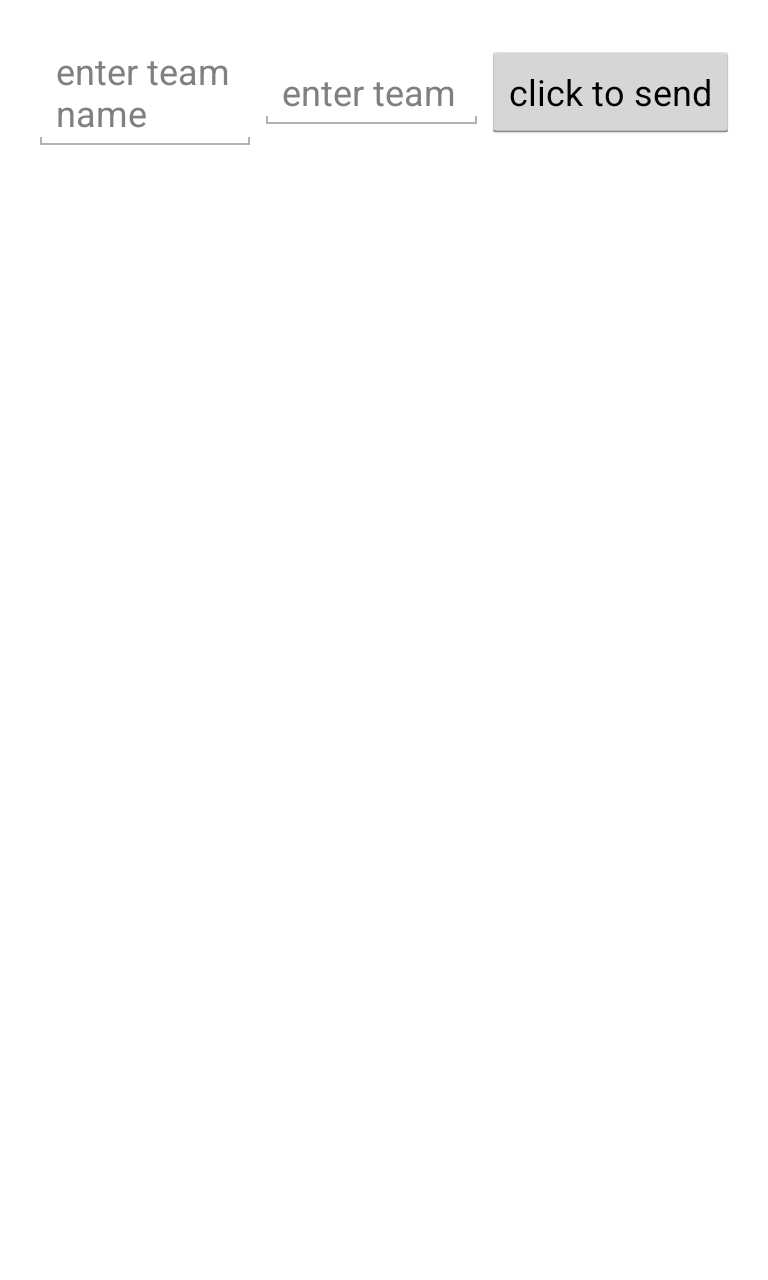
Repository: lmrobotics/linn-mar-robotics
Layout: 2013_14/Android/raflood/workspace/FTCScout/res/layout/activity_main.xml
The author's editor kept a copy of each file at every save. The layout is drawn from the files as they stood at one save, then again after the next save.
It is drawn on a 768 x 1280 px phone screen (xhdpi) without system bars, with theme AppTheme; the app's code is not run.

Above is the layout before, as saved 2013-10-18 02:26:34.

### 2013_14/Android/raflood/workspace/FTCScout/res/layout/activity_main.xml
<LinearLayout xmlns:android="http://schemas.android.com/apk/res/android"
    xmlns:tools="http://schemas.android.com/tools"
    android:layout_width="match_parent"
    android:layout_height="match_parent"
    android:orientation="horizontal"
    android:paddingBottom="@dimen/activity_vertical_margin"
    android:paddingLeft="@dimen/activity_horizontal_margin"
    android:paddingRight="@dimen/activity_horizontal_margin"
    android:paddingTop="@dimen/activity_vertical_margin"
    tools:context=".MainActivity" >

    <EditText android:id="@+id/edit_message"
        android:layout_weight="1"
        android:layout_width="0dp"
        android:layout_height="wrap_content"
        android:hint="@string/team_name_prompt" />

    <EditText
        android:id="@+id/editText1"
        android:layout_weight="1"
        android:layout_width="0dp"
        android:layout_height="wrap_content"
        android:ems="10"
        android:hint="@string/team_number_prompt"
        android:inputType="numberDecimal" />

    <Button android:layout_width="wrap_content"
        android:layout_height="wrap_content"
        android:text="@string/button_send"
        android:onClick="sendMessage" />

</LinearLayout>

### 2013_14/Android/raflood/workspace/FTCScout/res/values/strings.xml
<?xml version="1.0" encoding="utf-8"?>
<resources>

    <string name="app_name">FTC Scout</string>
    <string name="action_settings">Settings</string>
    <string name="team_name_prompt">enter team name</string>
    <string name="team_number_prompt">enter team number</string>
    <string name="button_send">click to send</string>
    <string name="title_activity_display_message">My Message</string>
    <string name="hello_world">Hello world!</string>

</resources>

Loaded but not shown: 2013_14/Android/raflood/workspace/FTCScout/res/values/styles.xml (common file); 2013_14/Android/raflood/workspace/FTCScout/res/values-v11/styles.xml (common file); 2013_14/Android/raflood/workspace/FTCScout/res/values-v14/styles.xml (common file); 2013_14/Android/raflood/workspace/FTCScout/res/values/dimens.xml (common file)

After the next save:
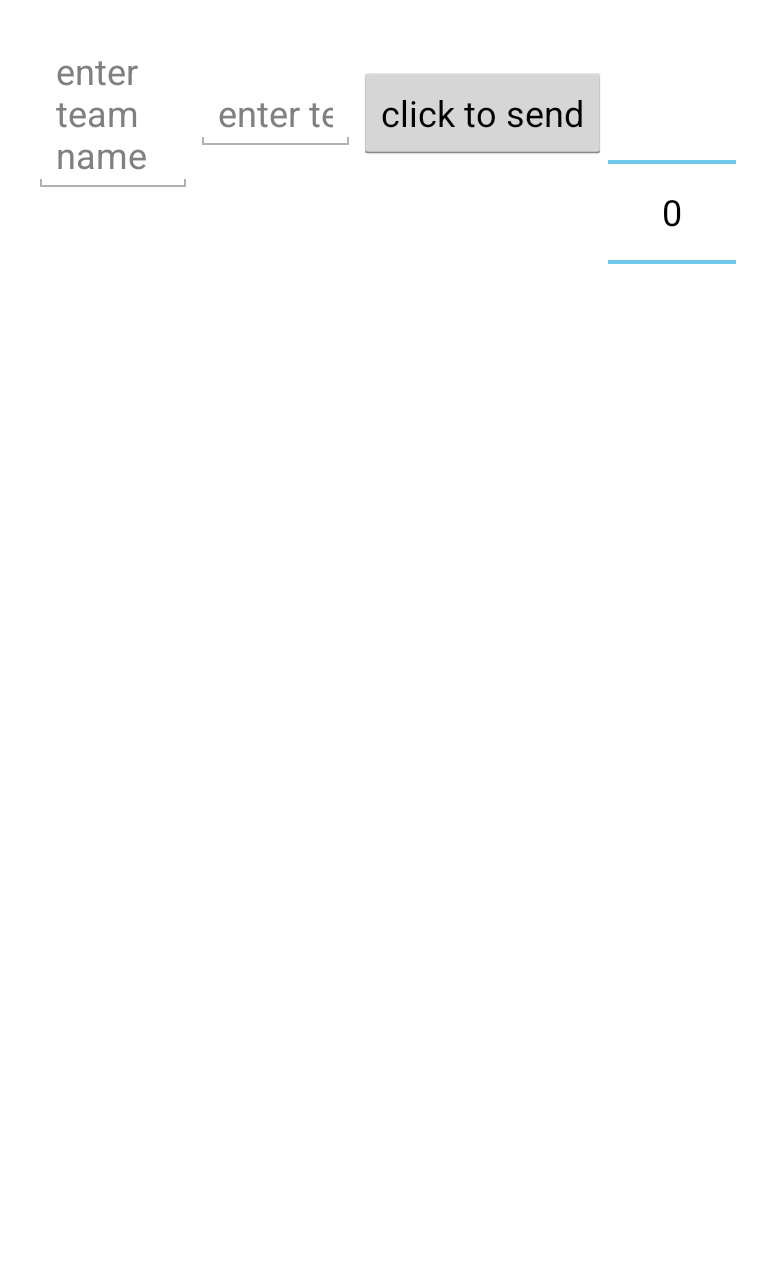
Saved 5 min 48 s later.
--- a/2013_14/Android/raflood/workspace/FTCScout/res/layout/activity_main.xml
+++ b/2013_14/Android/raflood/workspace/FTCScout/res/layout/activity_main.xml
@@ -29,4 +29,9 @@
         android:text="@string/button_send"
         android:onClick="sendMessage" />
 
+    <NumberPicker android:id="@+id/np"
+        android:layout_width="wrap_content"
+        android:layout_height="wrap_content"
+        android:width="100dip"/>
+
 </LinearLayout>
